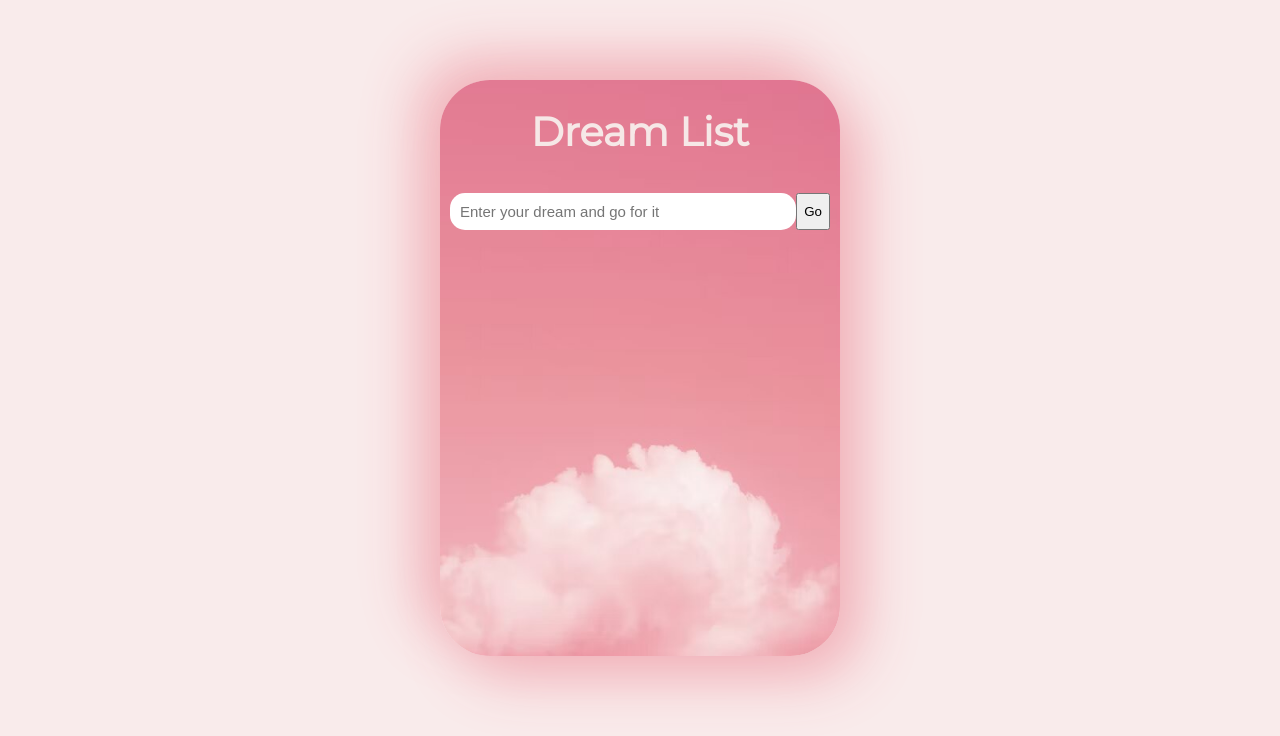
Repository: asya-aisa/grocery-list
Page: /
The author's editor kept a copy of each file at every save. The page is drawn from the files as they stood at one save, then again after the next save.
The browser window is 1280 px wide. The pictures show the whole page.
The project was rebuilt for these pictures with package versions that can differ from the ones it lists, and the page was loaded fresh each time.

Above is the page before, as saved 2023-07-14 16:20:19.

After the next save:
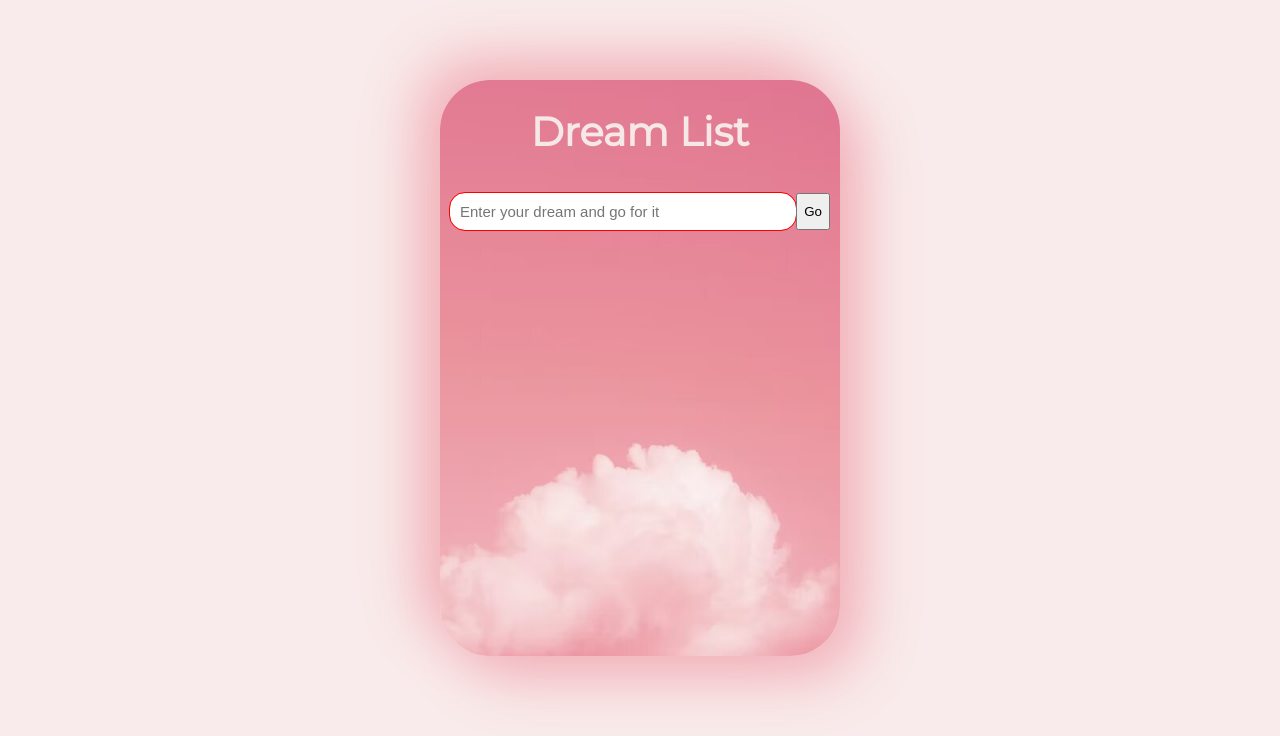
Saved 4 s later.
--- a/src/App.css
+++ b/src/App.css
@@ -29,7 +29,7 @@
   font-size: 15px;
   border: none;
   border-radius: 15px;
-  outline: #red 1px solid;
+  outline: red 1px solid;
 }
 
 

After the save that followed:
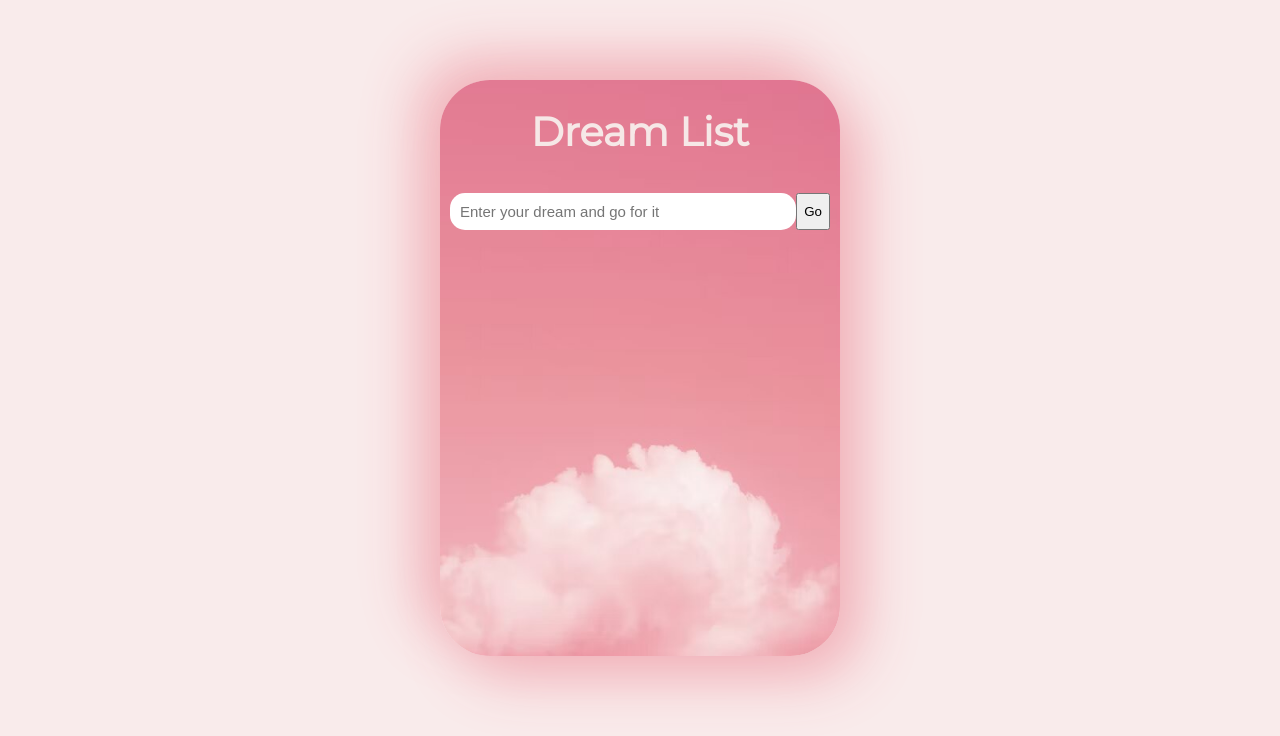
Saved 15 s later.
--- a/src/App.css
+++ b/src/App.css
@@ -29,7 +29,7 @@
   font-size: 15px;
   border: none;
   border-radius: 15px;
-  outline: red 1px solid;
+  outline: red;
 }
 
 
